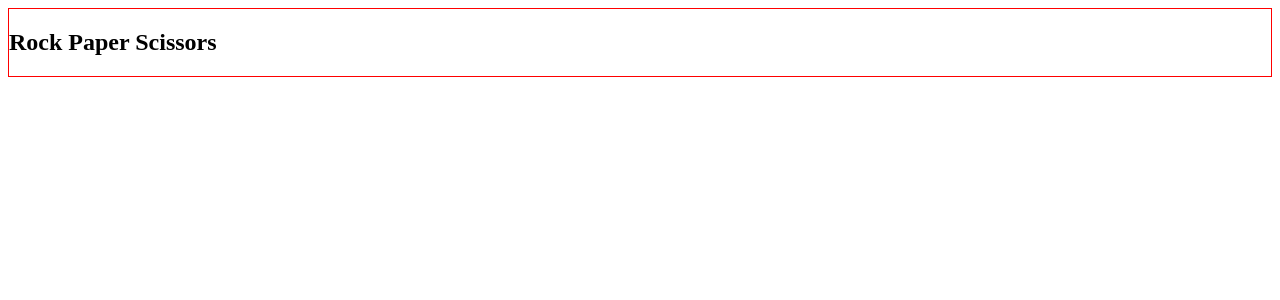
Repository: Aaryan-Poria/Rock-Paper-Scissors
Page: index.html
An editor plug-in stored every save of this project. The page is shown before and after the next save, followed by the edit.
The browser window is 1280 px wide. The pictures show the whole page.

Above is the page before, as saved 2023-08-20 16:02:04.

### index.html
<!DOCTYPE html>
<html lang="en">
  <head>
    <meta charset="UTF-8" />
    <meta name="viewport" content="width=device-width, initial-scale=1.0" />
    <title>Rock Paper Scissors</title>
    <link rel="stylesheet" href="style.css" />
  </head>

  <body>
    <section class="head">
      <h2>Rock Paper Scissors</h2>
    </section>
    <!-- <section class="main">
      <div class="main-text">
        <h3>Choose your weapon</h3>
        <p>First to 5 points wins the game</p>
      </div>
      <div class="player-text">
        <p class="qmark 1">?</p>
        <p class="score 1">Player: 0</p>
      </div>
      <div class="comp-text">
        <p class="qmark 2">?</p>
        <p class="score 2">Computer: 0</p>
      </div>
    </section> -->
  </body>
</html>

### style.css
body {
  display: flex;
  flex-direction: column;
}
.head {
  display: flex;
  border: 1px solid red;
}

After the next save:
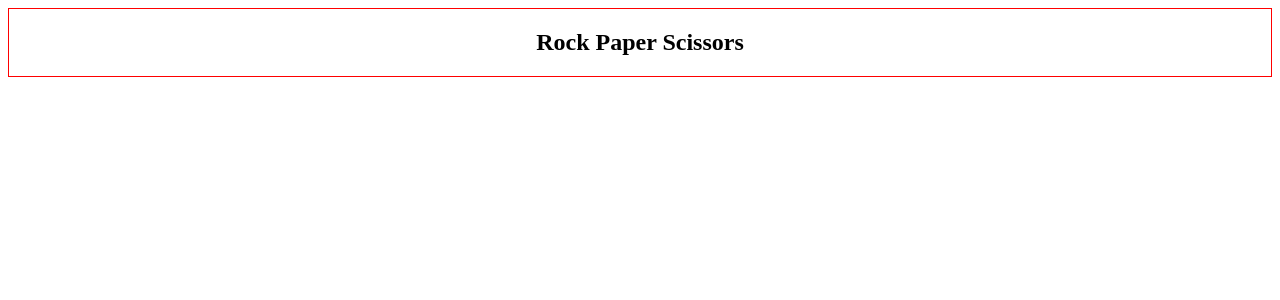
Saved 13 s later.
--- a/style.css
+++ b/style.css
@@ -4,5 +4,7 @@ body {
 }
 .head {
   display: flex;
+  justify-content: center;
+  align-items: center;
   border: 1px solid red;
 }
